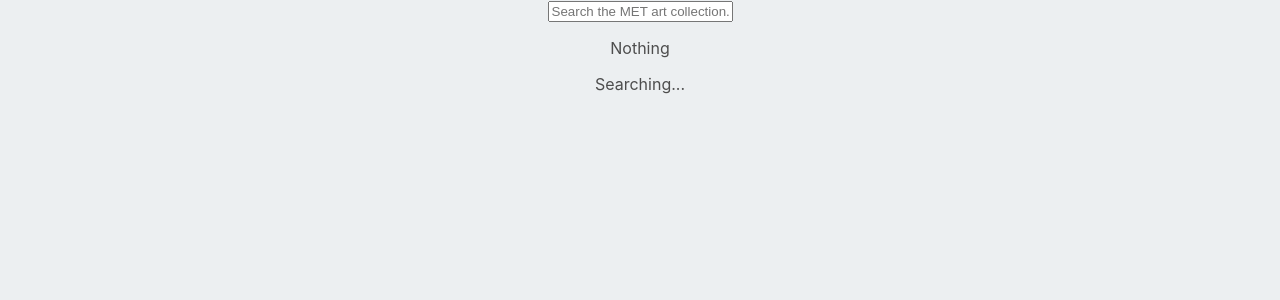
Repository: edulis8/MetSearchTool
Page: /
An editor plug-in stored every save of this project. The page is shown before and after the next save, followed by the edit.
The browser window is 1280 px wide. The pictures show the whole page.
The project was rebuilt for these pictures with package versions that can differ from the ones it lists, and the page was loaded fresh each time. Also part of the build but not shown: src/Pokecard.js, src/Pokedex.js.

Above is the page before, as saved 2020-01-16 10:02:53.

After the next save:
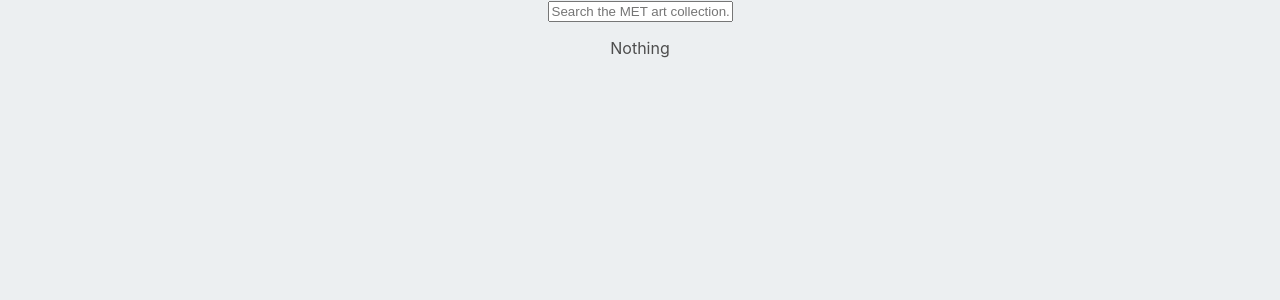
Saved 14 s later.
--- a/src/PokeGame.js
+++ b/src/PokeGame.js
@@ -63,7 +63,7 @@ class PokeGame extends Component {
 
                 )}
                 {!this.state.objects.length && <p>Nothing</p>}
-                {!this.state.searching && <p>Searching...</p>}
+                {this.state.searching && <p>Searching...</p>}
 
             </div>
         )
